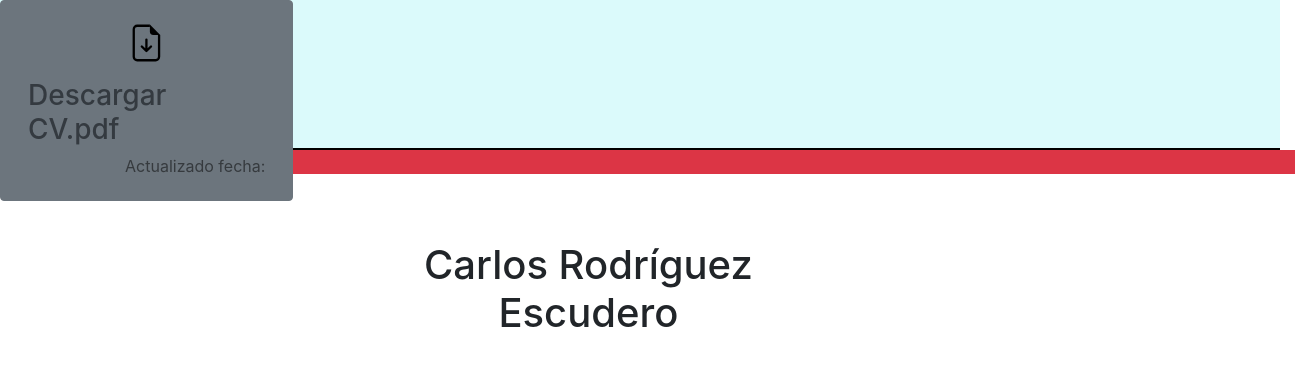
Repository: CarlosRoEs/CarlosWebCV
Page: index.html
An editor plug-in stored every save of this project. The page is shown before and after a run of saves, followed by the edit.
The browser window is 1280 px wide. The page is 1295 px wide, so the pictures cover 1295 px, including what lies to the right of the window. The pictures show the whole page.
The style sheet was rebuilt from its Sass, Less or Tailwind sources for each picture, by a compiler version that may differ from the author's.

Above is the page before, as saved 2020-09-15 15:55:50.

### index.html
<!DOCTYPE html>
<html lang="es">

<head>
    <meta charset="UTF-8">
    <meta name="viewport" content="width=device-width, initial-scale=1.0">
    <title>Carlos Rodríguez</title>
    <link rel="stylesheet" href="bootstrap/css/bootstrap.min.css">
    <link rel="stylesheet" href="Sass/dist/header.css">
</head>

<body>

    <div class="container-fluid">
        <div id="row-header" class="row">
            <header id="header" class="col-12">
                <div id="row-a-header" class="row">

                            <!-- <a href="https://www.sport.es/es/" id="a-header" class="col-4 text-decoration-none d-flex flex-row flex-wrap mt-4 ml-5"> -->
                                <button type="button" class="btn btn-secondary" data-toggle="tooltip" data-placement="top" title="Tooltip on top">
                                    <svg width="40px" height="40px" viewBox="0 0 16 16" class="bi bi-file-earmark-arrow-down col-3 mt-3" fill="dark" xmlns="http://www.w3.org/2000/svg">
                                        <path d="M4 0h5.5v1H4a1 1 0 0 0-1 1v12a1 1 0 0 0 1 1h8a1 1 0 0 0 1-1V4.5h1V14a2 2 0 0 1-2 2H4a2 2 0 0 1-2-2V2a2 2 0 0 1 2-2z" />
                                        <path d="M9.5 3V0L14 4.5h-3A1.5 1.5 0 0 1 9.5 3z" />
                                        <path fill-rule="evenodd" d="M8 6a.5.5 0 0 1 .5.5v3.793l1.146-1.147a.5.5 0 0 1 .708.708l-2 2a.5.5 0 0 1-.708 0l-2-2a.5.5 0 1 1 .708-.708L7.5 10.293V6.5A.5.5 0 0 1 8 6z" />
                                    </svg>
                                    <h3 id="h3-header" class="col-9 mt-3 text-left text-dark">Descargar CV.pdf</h3>
                                <!-- <div class="row w-100"> -->
                                    <p class="col-12 text-right text-black-50">Actualizado fecha:</p>
                                </div>
                                  <!-- </button> -->


                            <!-- </a> -->
                    <div class="col-8 d-flex justify-content-center mt-4">
                        <h1 class="mt-3 mr-5 align-items-center">Carlos Rodríguez Escudero</h1>
                    </div>
                </div>
            </header>
        </div>
        <div class="row bg-danger">
            hola
        </div>

    </div>

    <script type="text/javascript" src="jquery/jquery-3.5.1.min.js"></script>
    <script type="text/javascript" src="bootstrap/js/bootstrap.min.js"></script>
</body>

</html>

### Sass/header.scss
* {
    margin: 0px;
    padding: 0px;
}


#header {
    height: 150px;
    text-align: center;
    border-bottom: 2px solid black;
    background-color: rgba(175, 244, 247, 0.446);

    h1{
        margin-left: 45%;
    }
}

#a-header {
    border: 5px solid red;
    border-radius: 10px;
    font-size: 10px;
}

Loaded but not shown: bootstrap/css/bootstrap.min.css (library); jquery/jquery-3.5.1.min.js (library); bootstrap/js/bootstrap.min.js (library)

After the next 5 saves:
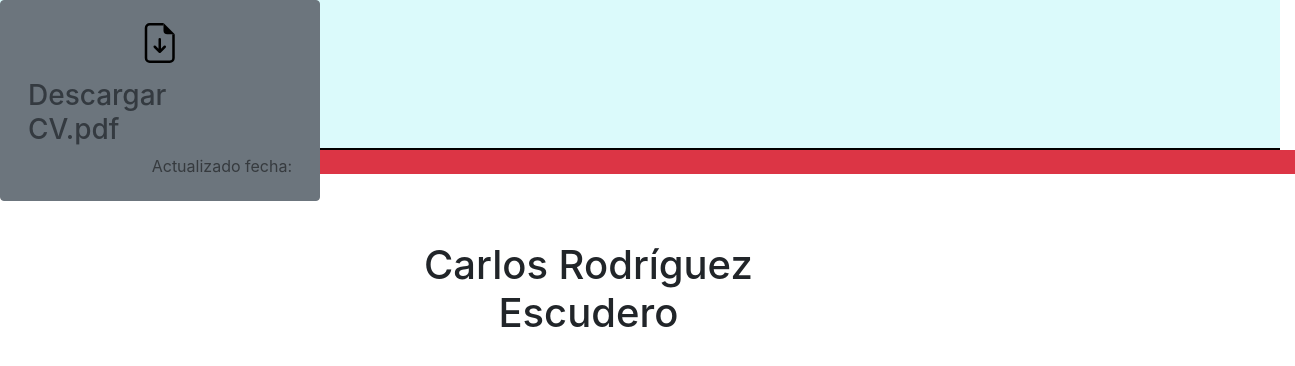
The 5 saves are shown as one change because they came seconds apart.
The last was saved 18 s later.
--- a/index.html
+++ b/index.html
@@ -17,7 +17,7 @@
                 <div id="row-a-header" class="row">
 
                             <!-- <a href="https://www.sport.es/es/" id="a-header" class="col-4 text-decoration-none d-flex flex-row flex-wrap mt-4 ml-5"> -->
-                                <button type="button" class="btn btn-secondary" data-toggle="tooltip" data-placement="top" title="Tooltip on top">
+                                <button type="button" class="btn btn-secondary col-3" data-toggle="tooltip" data-placement="top" title="Tooltip on top">
                                     <svg width="40px" height="40px" viewBox="0 0 16 16" class="bi bi-file-earmark-arrow-down col-3 mt-3" fill="dark" xmlns="http://www.w3.org/2000/svg">
                                         <path d="M4 0h5.5v1H4a1 1 0 0 0-1 1v12a1 1 0 0 0 1 1h8a1 1 0 0 0 1-1V4.5h1V14a2 2 0 0 1-2 2H4a2 2 0 0 1-2-2V2a2 2 0 0 1 2-2z" />
                                         <path d="M9.5 3V0L14 4.5h-3A1.5 1.5 0 0 1 9.5 3z" />
